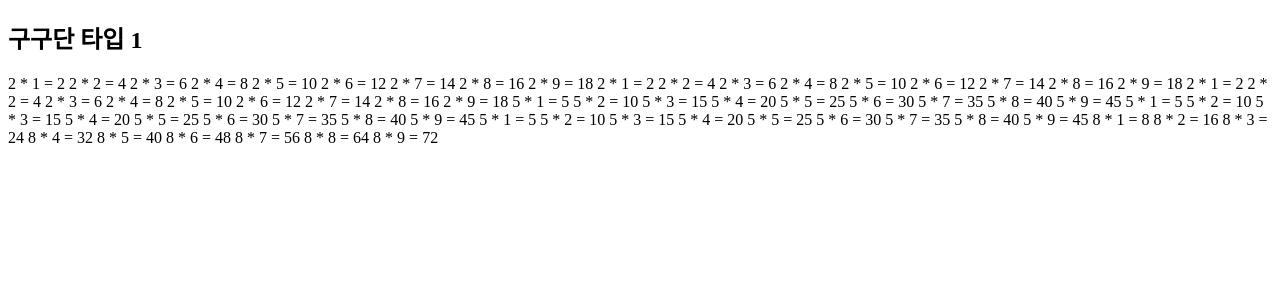
Repository: Byeonghee-son/DB-Servlet
Page: http://localhost/ServletStudy/gugudan2.jsp
An editor plug-in stored every save of this project. The page is shown before and after the next save, followed by the edit.
The browser window is 1280 px wide. The pictures show the whole page.
The page is served by Tomcat 9. Other server files are loaded and not shown.

Above is the page before, as saved 2023-05-17 01:35:41.

### ServletStudy/src/main/webapp/gugudan2.jsp
<%@ page language="java" contentType="text/html; charset=UTF-8"
	pageEncoding="UTF-8"%>
<%
    String type = request.getParameter("type");
    String scol = request.getParameter("col");

    if(type == null) type = "list";
    else{
    	if(!type.equals("table")) type = "list";
    }

    int col = 3;
    if(scol != null) col = Integer.parseInt(scol);
%>
<!DOCTYPE html>
<html>
<head>
<meta charset="UTF-8">
<title>Gugudan Type2 (JSP)</title>
</head>
<body>
	<h2>구구단 타입 1</h2>
		<% for(int i = 2; i < 10; i+=col){ %>
		<% for(int j = 1; j <= col; j++){ %>
			<%if(9 < i + j) break; %>
			<%for(int k = 1; k < 10; k++) {%>
		<%= i %> * <%= k %> = <%= i * k %>
		<% } %>
		<%} %>
		<%} %>

</body>
</html>

After the next save:
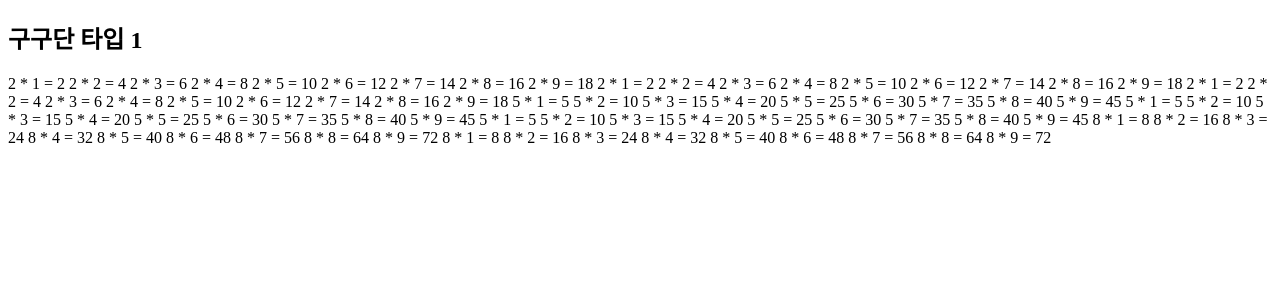
Saved 45 s later.
--- a/ServletStudy/src/main/webapp/gugudan2.jsp
+++ b/ServletStudy/src/main/webapp/gugudan2.jsp
@@ -21,7 +21,7 @@
 <body>
 	<h2>구구단 타입 1</h2>
 		<% for(int i = 2; i < 10; i+=col){ %>
-		<% for(int j = 1; j <= col; j++){ %>
+		<% for(int j = 0; j < col; j++){ %>
 			<%if(9 < i + j) break; %>
 			<%for(int k = 1; k < 10; k++) {%>
 		<%= i %> * <%= k %> = <%= i * k %>
